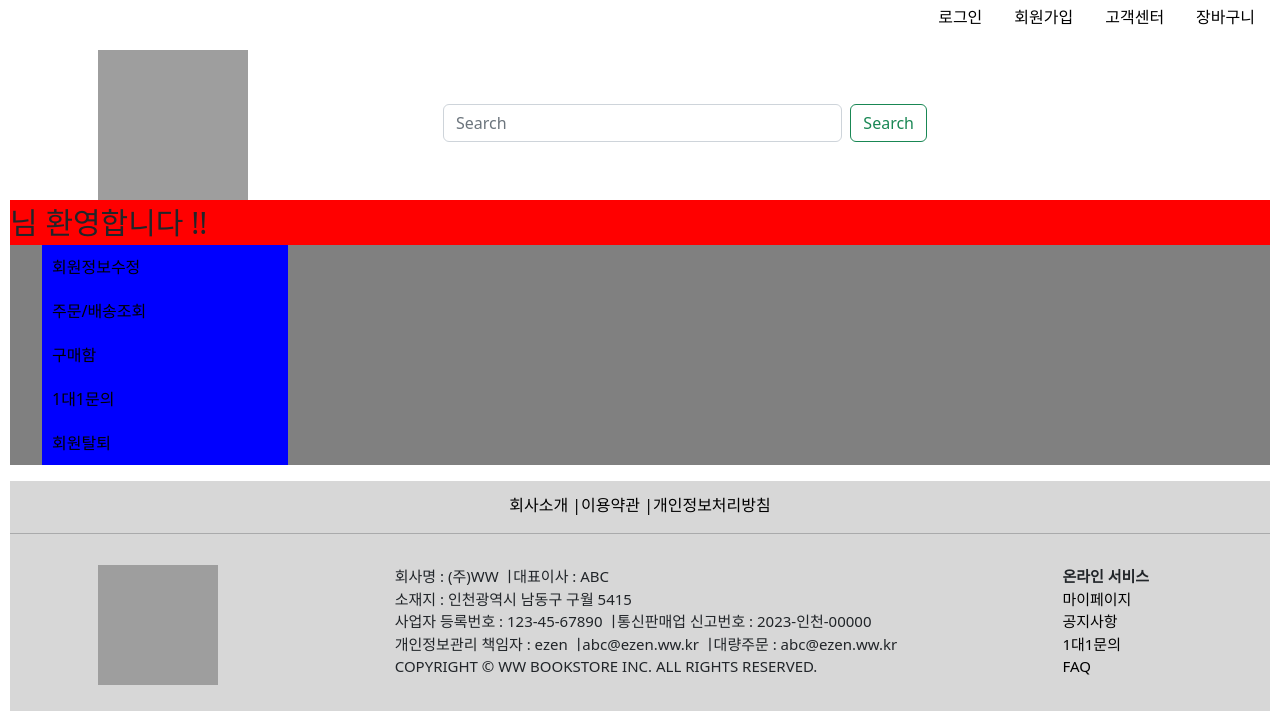
Repository: leehyeonung/project4
Page: http://localhost/book/WEB-INF/views/member/mypage.jsp
The author's editor kept a copy of each file at every save. The page is drawn from the files as they stood at one save, then again after the next save.
The browser window is 1280 px wide. The pictures show the whole page.
Pictures or frames that could not be fetched are drawn as grey boxes. The page is served by Tomcat 9. Nobody is signed in. Other server files are loaded and not shown. The template is opened directly, without the code that normally fills it, so the values that code supplies are empty.

Above is the page before, as saved 2023-01-06 03:04:05.

### book/src/main/webapp/WEB-INF/views/member/mypage.jsp
<%@ page language="java" contentType="text/html; charset=UTF-8"
    pageEncoding="UTF-8"%>
<!DOCTYPE html>
<html>
<head>
<meta charset="UTF-8">
<title>Insert title here</title>
<link rel="stylesheet" type="text/css" href="/resources/css/mypage.css">
</head>
<body>
<jsp:include page="../layout/header.jsp"></jsp:include>
<div class="main">

<div class="information">

<div class="id">
${ses.mem_id}님 환영합니다 !!
</div>

<div class="cell">
${ses.mem_cell_num}
</div>

</div>

<div class="select">
<ul>
	<li><a href="/mem/modify" class="category">회원정보수정</a></li>
	<li><a href="/mem/orderCheck?mem_num=${ses.mem_num}" class="category">주문/배송조회</a></li>
	<li><a href="/mem/buyCheck?mem_num=${ses.mem_num}" class="category">구매함</a></li>
	<li><a href="/board/list" class="category">1대1문의</a></li>
	<li><a href="/mem/delete" class="category">회원탈퇴</a></li>
</ul>
</div>

</div>

<jsp:include page="../layout/footer.jsp"></jsp:include>
</body>
</html>

### book/src/main/webapp/WEB-INF/views/layout/header.jsp
<%@ page language="java" contentType="text/html; charset=UTF-8"
    pageEncoding="UTF-8"%>
<%@ taglib uri="http://java.sun.com/jsp/jstl/core" prefix="c"%>
<!DOCTYPE html>
<html>
<head>
<meta charset="UTF-8">
<title>Insert title here</title>
<!-- CSS only -->
<link href="https://cdn.jsdelivr.net/npm/bootstrap@5.2.2/dist/css/bootstrap.min.css"
rel="stylesheet" integrity="sha384-Zenh87qX5JnK2Jl0vWa8Ck2rdkQ2Bzep5IDxbcnCeuOxjzrPF/et3URy9Bv1WTRi"
crossorigin="anonymous">
<link rel="stylesheet" type="text/css" href="/resources/css/header.css">
</head>
<body>
<div class="header">
    <div class="menu">
        <c:if test="${ses.mem_id ==null}">
        <ul><a href="/mem/loginPage">로그인</a></ul>
        <ul><a href="/mem/joinPage">회원가입</a></ul>
        </c:if>
        <c:if test="${ses.mem_id == 'admin' }">
        <ul><a href="/mem/logOut">로그아웃</a></ul>
        <ul><a href="/mem/adminpage">관리인페이지</a></ul>
        </c:if>
        <c:if test="${ses.mem_id !=null && ses.mem_id !='admin' }">
        <ul><a href="/mem/logOut">로그아웃</a></ul>
        <ul><a href="/mem/mypage">마이페이지</a></ul>
        </c:if>
        <ul><a href="#">고객센터</a></ul>
        <ul><a href="#">장바구니</a></ul>
    </div>
    <div class="bar">
       <div class="logo">
         <a href="/"><img src="/resources/image/logo.jpg" alt="로고"></a>
       </div>
         <div class="searchBar">
            <form class="d-flex" role="search">
                 <input class="form-control me-2" type="search" placeholder="Search" aria-label="Search">
                 <button class="btn btn-outline-success" type="submit">Search</button>
              </form>
         </div>
       <div class="icons">
         <a href=""><i class="fa-solid fa-cart-shopping"></i></a>
            <a href=""><i class="fa-solid fa-user"></i></a>
       </div>
    </div>
</div>
</body>
</html>

### book/src/main/webapp/WEB-INF/views/layout/footer.jsp
<%@ page language="java" contentType="text/html; charset=UTF-8"
   pageEncoding="UTF-8"%>
<!DOCTYPE html>
<html>
<head>
<meta charset="UTF-8">
<title>Insert title here</title>
<link rel="stylesheet" type="text/css" href="/resources/css/footer.css">

</head>

<body>
   <div class="footer">
      <div class="footer-top">
         <ul>
            <li><a href="/introduce">회사소개 | </a></li>
            <li><a href="">이용약관 | </a></li>
            <li><a href="">개인정보처리방침</a></li>
         </ul>
      </div>
      <hr>
      <div class="address">
         <div class="footer-logo">
            <img src="/resources/image/logo.jpg" alt="로고">
         </div>
         <div class="address-box">
            <ul>
               <li>회사명 : (주)WW <span style="margin-right: -7px;">ㅣ</span>
                  대표이사 : ABC
               </li>

               <li>소재지 : 인천광역시 남동구 구월 5415</li>
               <li>사업자 등록번호 : 123-45-67890 <span style="margin-right: -7px;">ㅣ</span>
                  통신판매업 신고번호 : 2023-인천-00000
               </li>

               <li>개인정보관리 책임자 : ezen <span style="margin-right: -7px;">ㅣ</span>
                  abc@ezen.ww.kr <span style="margin-right: -7px;">ㅣ</span> 대량주문 :
                  abc@ezen.ww.kr
               </li>

               <li>COPYRIGHT © WW BOOKSTORE INC. ALL RIGHTS RESERVED.</li>

            </ul>

         </div>
         <div class="online-serviceBar">
            <strong>온라인 서비스</strong>
            <ul>
               <li><a href="">마이페이지</a></li>
               <li><a href="">공지사항</a></li>
               <li><a href="">1대1문의</a></li>
               <li><a href="">FAQ</a></li>
            </ul>
         </div>
      </div>
   </div>

</body>
</html>

### book/src/main/webapp/resources/css/mypage.css
@charset "UTF-8";
*{
	margin: 0 auto;
	padding: 0px;

}
.main{
    margin: auto;
    width: 1260px;
    background-color: gray;


}
.id{
    font-size: 30px;
}
.information{
	background-color : red;
}
.category{
    display: inline-block;
	width : 20%;
	height : 100%;
    background-color: blue;
    padding: 10px;
}

### book/src/main/webapp/resources/css/header.css
@charset "UTF-8";
*{
	margin: 0px;
	padding: 0px;
}
.header{
    width: 1260px;
    height: 200px;
   /*  background-color: pink; */
}
.menu{
   display: flex;
   justify-content: flex-end;
   padding:5px;

}
.logo{
    width: 150px;
    height: 150px;
    background-color: blue;
}
.logo>a>img{
    width: 150px;
    height: 150px;
}
.searchBar{
   /* position:absolute; */
    width: 484px;
    height: 42px;
    /* background-color: gold; */
    margin-top:54px;
    border-radius: 30px;

}
.bar{

   height: 150px;
   display: flex;
   flex-direction: row;
   flex-wrap:nowrap;
   justify-content:space-around;
/*    align-items: baseline; */


}
i{
    font-size: 42px;
    color: black;
    margin-top:54px;
    margin-right: 20px;
}

### book/src/main/webapp/resources/css/footer.css
@charset "UTF-8";
.footer {
   width: 1260px;
   height: 230px;
   background-color: rgba(175, 175, 175, 0.5);
   margin: 0 auto;
}

.footer-logo {

   width: 120px;
   height: 120px;
   background-color: beige;
}
.footer-logo>img{
   width: 120px;
   height: 120px;
}

.address-box {
   text-align: left;
   padding: 0;
   margin: 0;
}

.address {
   padding: 15px;
   height: 150px;
   display: flex;
   font-size: 15px;
   /* align-items: baseline; */
   flex-direction: row;
   flex-wrap: nowrap;
   justify-content: space-around;
}

ul {
   list-style: none;
}

.footer, .address li {

}

.footer-top {
   text-align: center;
   padding-top: 12px;
}

.footer-top>ul {
   margin: 0;
   padding: 0;
   display: flex;
   justify-content: center;
}

.footer-top>li {
   margin: 0;
   padding: 0;
}

a {
   text-decoration-line: none;
   color: black;
}

a:visited {
   text-decoration: none;
}

a:hover {
   text-decoration: none;
}

a:focus {
   text-decoration: none;
}

a:hover, a:active {
   text-decoration: none;
}

.online-serviceBar {
   padding: 0px;
   margin-left: 20px;
   width: 120px;
   height: 120px;
}

.online-serviceBar>ul {
   margin: 0px;
   padding: 0px;
}

After the next save:
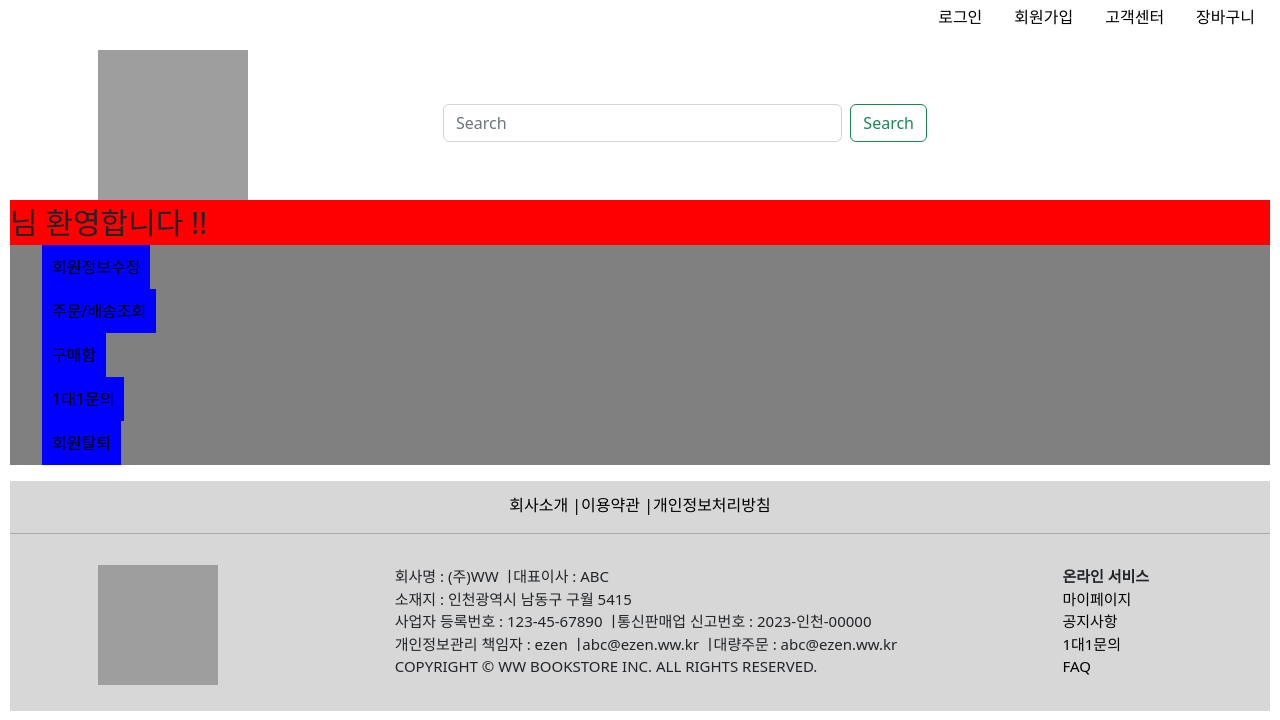
Saved 88 s later.
--- a/book/src/main/webapp/resources/css/mypage.css
+++ b/book/src/main/webapp/resources/css/mypage.css
@@ -19,7 +19,6 @@
 }
 .category{
     display: inline-block;
-	width : 20%;
 	height : 100%;
     background-color: blue;
     padding: 10px;
